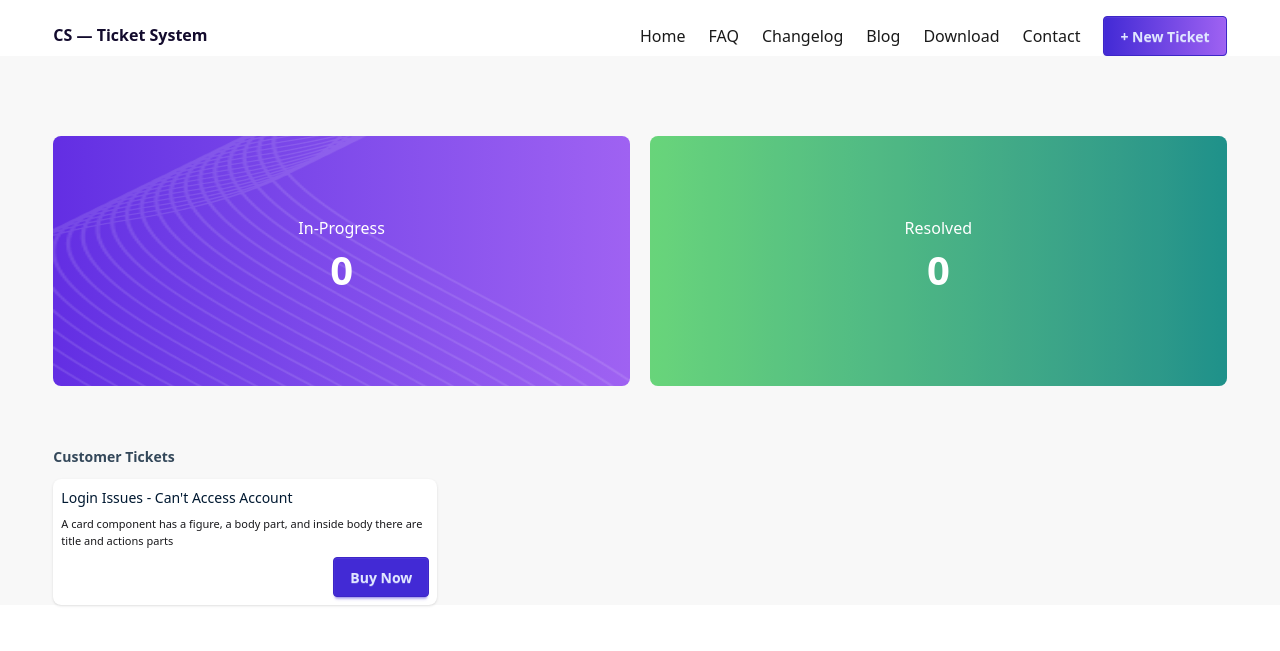
Repository: SanjidaSnigdha/Customer-Support-Zone
Page: /
The author's editor kept a copy of each file at every save. The page is drawn from the files as they stood at one save, then again after the next save.
The browser window is 1280 px wide. The pictures show the whole page.
The project was rebuilt for these pictures with package versions that can differ from the ones it lists, and the page was loaded fresh each time. Also part of the build but not shown: vite.config.js, src/App.css.

Above is the page before, as saved 2026-03-24 03:26:39.

### index.html
<!doctype html>
<html lang="en">
  <head>
    <meta charset="UTF-8" />
    <link rel="icon" type="image/svg+xml" href="/favicon.svg" />
    <meta name="viewport" content="width=device-width, initial-scale=1.0" />
    <title>customer-support-zone</title>
  </head>
  <body>
    <div id="root"></div>
    <script type="module" src="/src/main.jsx"></script>
  </body>
</html>

### src/index.css
 @import "tailwindcss";
 @plugin "daisyui" {
  themes: light --default, dark --prefersdark;
  themes: light --default;
 }

### src/App.jsx
import { Suspense, useState } from 'react'
import './App.css'
import Navbar from './component/Navbar/Navbar'
import Banner from './component/Banner/Banner'
import CustomerTickets from './component/CustomerTickets/CustomerTickets'

const fetchTickets = async()=>{
  const res = await fetch("/customers.json")
  return res.json()
}

function App() {
  const customerPromise = fetchTickets()

  return (
    <>
    <div className='flex flex-col'>
   <Navbar></Navbar>
   <div className='flex-1 bg-base-200'>
    <Banner></Banner>
    <Suspense fallback={<span className="loading loading-spinner loading-xl"></span>
}>
          <CustomerTickets customerPromise={customerPromise}></CustomerTickets>

    </Suspense>
   </div>
   </div>

    </>
  )
}

export default App

### src/component/Navbar/Navbar.jsx
import React from 'react';

const Navbar = () => {
    return (
        <div className='flex justify-between w-11/12 mx-auto mt-4'>
            <div className='navbar-start'>
                <h1 className='w-[833px] h-[26px] font-bold text-[#130B2D]'>CS — Ticket System</h1>
            </div>
            <div className='navbar-end justify-between gap-3 text-[#000000]/90'>
                <a>Home</a>
                <a>FAQ</a>
                <a>Changelog</a>
                <a>Blog</a>
                <a>Download</a>
                <a>Contact</a>
         <button className='btn btn-primary bg-gradient-to-r from [#632EE3] to-[#9F62F2]'>+ New Ticket</button>
            </div>
        </div>
    );
};

export default Navbar;

### src/component/Banner/Banner.jsx
import React from 'react';
import vectorImg1 from '../../assets/vector1.png'
import vectorImg2 from '../../assets/vector2.png'

const Banner = () => {
    return (
        <div className='flex justify-between w-11/12 mx-auto mt-20 gap-5'>
            <div className='relative'>
             <img src={vectorImg1} alt="" className=' bg-gradient-to-r from-[#632EE3] to-[#9F62F2] w-[700px] h-[250px] rounded-[8px]'/>
             <p className='absolute text-center inset-20 text-[#FFFFFF]'>In-Progress<br /><span className='font-bold text-[#FFFFFF] text-[40px]'>
                0</span></p>

            </div>
            <div className='relative'>
      <img src={vectorImg2} alt="" className='bg-gradient-to-r from-[#54CF68] to-[#00827A] w-[700px] h-[250px] rounded-[8px]'/>
        <p className='absolute text-center inset-20 text-[#FFFFFF]'>Resolved<br /><span className='font-bold text-[#FFFFFF] text-[40px]'>
                0</span></p>

            </div>
        </div>
    );
};

export default Banner;

### src/component/CustomerTickets/CustomerTickets.jsx
import React, { use } from 'react';
const CustomerTickets = ({customerPromise}) => {
    const customerTicket = use(customerPromise)
    console.log(customerTicket)
    return (
        <div className='w-11/12 mx-auto'>
        <h1 className='font-semibold text-[#34485A] text-[14px] mt-15'>Customer Tickets</h1>

       <div className="card w-96 bg-base-100 card-xs shadow-sm mt-3">
  <div className="card-body">
    <h2 className="card-title text-[#001931] font-medium">Login Issues - Can't Access Account</h2>
    <p>A card component has a figure, a body part, and inside body there are title and actions parts</p>
    <div className="justify-end card-actions">
      <button className="btn btn-primary">Buy Now</button>
    </div>
  </div>
</div>
        </div>
    );
};

export default CustomerTickets;

### public/customers.json
[
  {
    "id": 1,
    "title": "Login Issue",
    "description": "Customer unable to login with correct credentials.",
    "customer": "Alice Johnson",
    "priority": "High",
    "status": "Open",
    "createdAt": "2026-03-20T10:15:00Z"
  },
  {
    "id": 2,
    "title": "Payment Failure",
    "description": "Transaction failed while trying to purchase subscription.",
    "customer": "Bob Smith",
    "priority": "High",
    "status": "Pending",
    "createdAt": "2026-03-21T14:22:00Z"
  },
  {
    "id": 3,
    "title": "Feature Request",
    "description": "Request to add dark mode in dashboard.",
    "customer": "Charlie Brown",
    "priority": "Medium",
    "status": "Open",
    "createdAt": "2026-03-22T09:30:00Z"
  },
  {
    "id": 4,
    "title": "Bug in Reports",
    "description": "Monthly report shows incorrect sales numbers.",
    "customer": "Diana Prince",
    "priority": "High",
    "status": "In Progress",
    "createdAt": "2026-03-22T11:45:00Z"
  },
  {
    "id": 5,
    "title": "Password Reset",
    "description": "Customer forgot password and cannot reset it via email.",
    "customer": "Ethan Hunt",
    "priority": "Medium",
    "status": "Resolved",
    "createdAt": "2026-03-23T08:10:00Z"
  },
  {
    "id": 6,
    "title": "Account Deactivation",
    "description": "Customer wants to deactivate account permanently.",
    "customer": "Fiona Gallagher",
    "priority": "Low",
    "status": "Pending",
    "createdAt": "2026-03-23T12:05:00Z"
  },
  {
    "id": 7,
    "title": "App Crash",
    "description": "Mobile app crashes when opening settings page.",
    "customer": "George Martin",
    "priority": "High",
    "status": "Open",
    "createdAt": "2026-03-24T07:50:00Z"
  },
  {
    "id": 8,
    "title": "Invoice Issue",
    "description": "Invoice generated shows wrong billing amount.",
    "customer": "Hannah Lee",
    "priority": "Medium",
    "status": "In Progress",
    "createdAt": "2026-03-24T09:30:00Z"
  },
  {
    "id": 9,
    "title": "Email Notifications",
    "description": "Customer not receiving notification emails.",
    "customer": "Ian Curtis",
    "priority": "Medium",
    "status": "Open",
    "createdAt": "2026-03-24T10:00:00Z"
  },
  {
    "id": 10,
    "title": "Data Export",
    "description": "Unable to export CSV from analytics dashboard.",
    "customer": "Jessica Alba",
    "priority": "Low",
    "status": "Resolved",
    "createdAt": "2026-03-24T11:15:00Z"
  }
]

Loaded but not shown: src/main.jsx (common file)

After the next save:
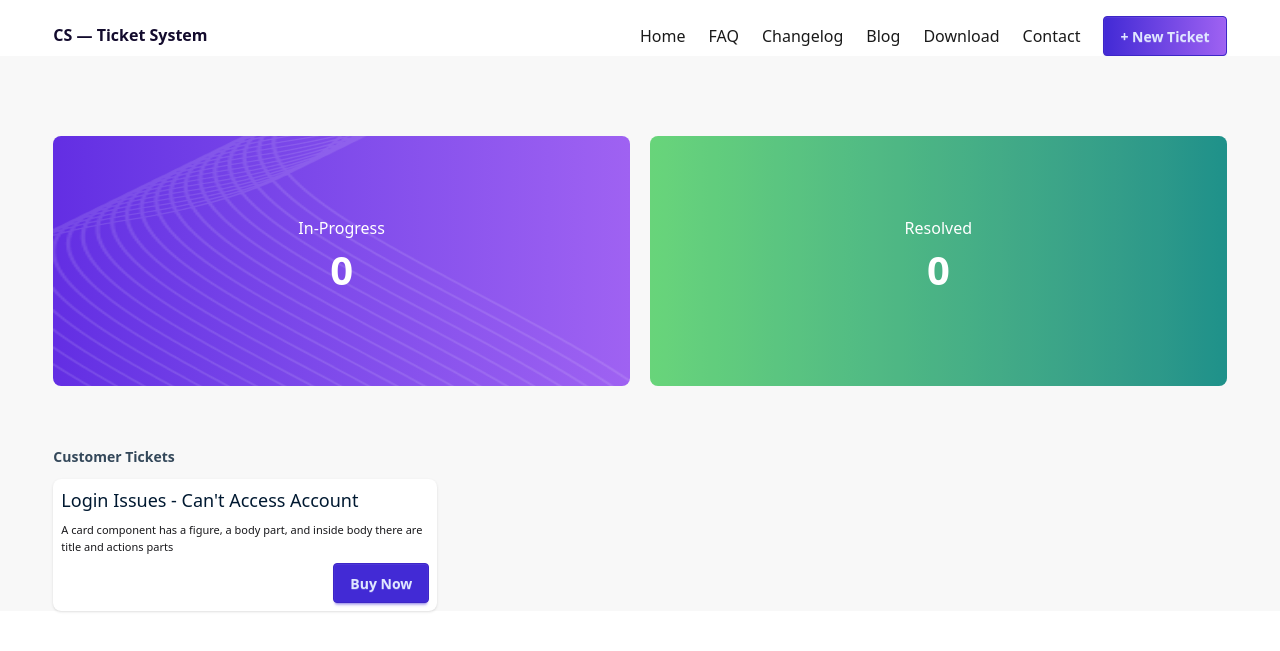
Saved 28 s later.
--- a/src/component/CustomerTickets/CustomerTickets.jsx
+++ b/src/component/CustomerTickets/CustomerTickets.jsx
@@ -8,7 +8,7 @@ const CustomerTickets = ({customerPromise}) => {
 
        <div className="card w-96 bg-base-100 card-xs shadow-sm mt-3">
   <div className="card-body">
-    <h2 className="card-title text-[#001931] font-medium">Login Issues - Can't Access Account</h2>
+    <h2 className="card-title text-[#001931] font-medium text-[18px]">Login Issues - Can't Access Account</h2>
     <p>A card component has a figure, a body part, and inside body there are title and actions parts</p>
     <div className="justify-end card-actions">
       <button className="btn btn-primary">Buy Now</button>
